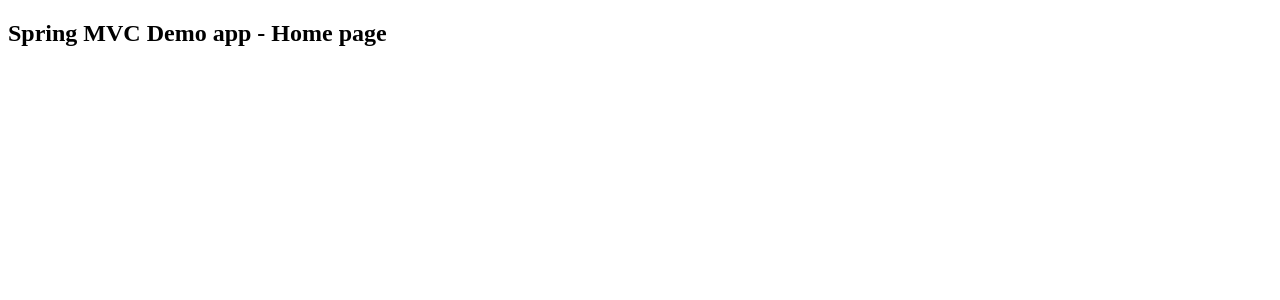
Repository: Mostafayehya/Spring-Hibernate-for-beginners-course-code
Page: http://localhost/spring-mvc-demo/
These files come from the project's save history. The page is drawn as it stood at one moment and after the next save; the edit follows.
The browser window is 1280 px wide. The pictures show the whole page.
The page is served by Tomcat 9.

Above is the page before, as saved 2019-11-27 09:35:20.

After the next save:
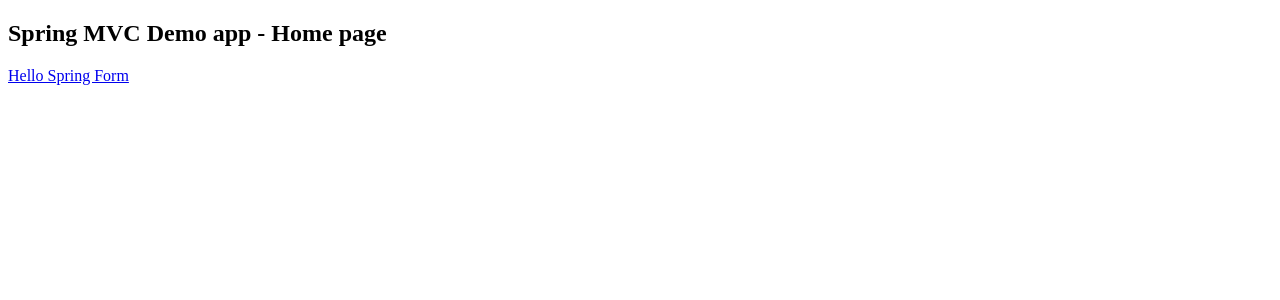
Saved 4 min 1 s later.
--- a/spring-mvc-demo/WebContent/WEB-INF/view/main-menu.jsp
+++ b/spring-mvc-demo/WebContent/WEB-INF/view/main-menu.jsp
@@ -2,5 +2,7 @@
 <html>
 <body>
 <h2>Spring MVC Demo app - Home page</h2>
+
+<a href="showForm">Hello Spring Form</a>
 </body>
 </html>
